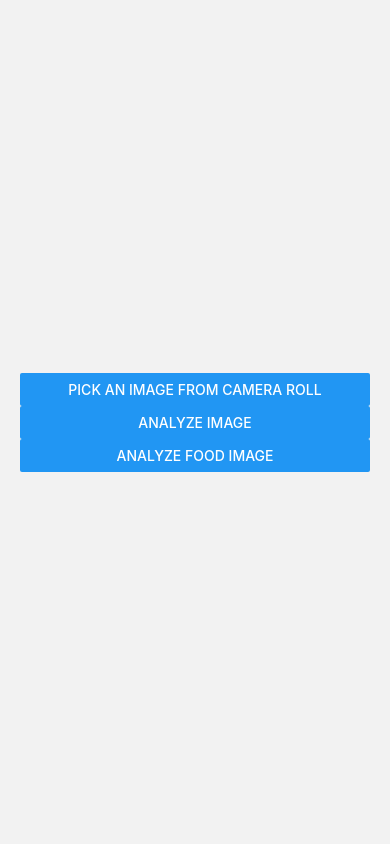
Repository: djdjdallas/taste-without-borders
Screen: /Home
The author's editor kept a copy of each file at every save. The screen is drawn from the files as they stood at one save, then again after the next save.
The app was drawn by React Native's web renderer in a window 390 px wide. The project was rebuilt for these pictures with package versions that can differ from the ones it lists, and the page was loaded fresh each time.

Above is the screen before, as saved 2023-12-26 19:53:22.

### App.js
import React from "react";
import { NavigationContainer } from "@react-navigation/native";
import { createNativeStackNavigator } from "@react-navigation/native-stack";
import HomeScreen from "./HomeScreen"; // Make sure the path is correct
import StartScreen from "./StartScreen";

const Stack = createNativeStackNavigator();

const App = () => {
  return (
    <NavigationContainer>
      <Stack.Navigator>
        <Stack.Screen name="Start" component={StartScreen} />
        <Stack.Screen name="Home" component={HomeScreen} />
        {/* You can add more screens to your navigator here */}
      </Stack.Navigator>
    </NavigationContainer>
  );
};

export default App;

### HomeScreen.js
import React, { useLayoutEffect, useState } from "react";
import { StyleSheet, View, Button, Image, Alert, Text } from "react-native";
import * as ImagePicker from "expo-image-picker";
import { useNavigation } from "@react-navigation/native";

const HomeScreen = () => {
  const navigation = useNavigation();
  const [selectedImage, setSelectedImage] = useState(null);
  const [responseText, setResponseText] = useState("");

  const pickImage = async () => {
    const { status } = await ImagePicker.requestMediaLibraryPermissionsAsync();
    if (status !== "granted") {
      Alert.alert(
        "Permissions required",
        "Sorry, we need camera roll permissions to make this work!"
      );
      return;
    }

    let result = await ImagePicker.launchImageLibraryAsync({
      mediaTypes: ImagePicker.MediaTypeOptions.Images,
      allowsEditing: true,
      aspect: [4, 3],
      quality: 1,
      base64: true,
    });

    if (!result.canceled && result.assets && result.assets[0].base64) {
      setSelectedImage(result.assets[0].base64);
    }
  };

  const handleResponse = (responseText) => {
    const dishes = responseText.split("\n");
    const formattedResponse = dishes.join("\n\n");
    setResponseText(formattedResponse);
  };

  const analyzeImage = async () => {
    if (selectedImage) {
      const apiKey = "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"; // Replace with your actual API key
      const endpoint = "https://api.openai.com/v1/chat/completions"; // Replace with your actual API endpoint

      const payload = {
        model: "gpt-4-vision-preview", // Replace with your model name
        messages: [
          {
            role: "user",
            content: [
              {
                type: "text",
                text: "Analyze this image and translate it into English?",
              },
              {
                type: "image_url",
                image_url: {
                  url: `data:[embedded picture, 41 characters]
                },
              },
            ],
          },
        ],
        max_tokens: 300,
      };

      try {
        const response = await fetch(endpoint, {
          method: "POST",
          headers: {
            "Content-Type": "application/json",
            Authorization: `Bearer ${apiKey}`,
          },
          body: JSON.stringify(payload),
        });

        if (!response.ok) {
          throw new Error(`HTTP error! status: ${response.status}`);
        }

        const data = await response.json();
        if (data.choices && data.choices[0]) {
          handleResponse(data.choices[0].message.content);
        } else {
          setResponseText("Unexpected response structure");
        }
      } catch (error) {
        setResponseText(`Error: ${error.message}`);
      }
    } else {
      setResponseText("No image selected");
    }
  };

  const analyzeFoodImage = async () => {
    if (selectedImage) {
      const apiKey = "YOUR_API_KEY"; // Replace with your actual API key
      const endpoint = "YOUR_API_ENDPOINT"; // Replace with your actual API endpoint

      const payload = {
        model: "YOUR_MODEL_NAME", // Replace with your model name
        messages: [
          {
            role: "user",
            content: [
              {
                type: "text",
                text: "Analyze this food image and describe it with humor.",
              },
              {
                type: "image_url",
                image_url: {
                  url: `data:[embedded picture, 41 characters]
                },
              },
            ],
          },
        ],
        max_tokens: 300,
      };

      try {
        const response = await fetch(endpoint, {
          method: "POST",
          headers: {
            "Content-Type": "application/json",
            Authorization: `Bearer ${apiKey}`,
          },
          body: JSON.stringify(payload),
        });

        if (!response.ok) {
          throw new Error(`HTTP error! status: ${response.status}`);
        }

        const data = await response.json();
        if (data.choices && data.choices[0]) {
          handleResponse(data.choices[0].message.content);
        } else {
          setResponseText("Unexpected response structure");
        }
      } catch (error) {
        setResponseText(`Error: ${error.message}`);
      }
    } else {
      setResponseText("No image selected");
    }
  };
  useLayoutEffect(() => {
    navigation.setOptions({
      headerShown: false,
    });
  }, []);

  return (
    <View style={styles.container} className="bg-[#F2F2F2]">
      <Button title="Pick an image from camera roll" onPress={pickImage} />
      {selectedImage && (
        <Image
          source={{ uri: `data:[embedded picture, 40 characters] }}
          style={styles.image}
        />
      )}
      <Button title="Analyze Image" onPress={analyzeImage} />
      <Button title="Analyze Food Image" onPress={analyzeFoodImage} />
      {responseText ? (
        <Text style={styles.responseText}>{responseText}</Text>
      ) : null}
    </View>
  );
};

const styles = StyleSheet.create({
  container: {
    flex: 1,
    padding: 20,
    justifyContent: "center",
    backgroundColor: "#F2F2F2",
  },
  textContainer: {
    alignItems: "center",
    marginBottom: 20,
  },
  titleText: {
    fontSize: 22,
    fontWeight: "bold",
    textAlign: "center",
  },
  descriptionText: {
    fontSize: 16,
    textAlign: "center",
    marginTop: 10,
  },
  lineStyle: {
    height: 2,
    backgroundColor: "black",
    width: "100%",
    marginTop: 10,
  },
  buttonContainer: {
    flexDirection: "row",
    justifyContent: "space-around",
    alignItems: "center",
  },
  button: {
    width: 164,
    height: 208,
    justifyContent: "center",
    alignItems: "center",
    backgroundColor: "#FFF",
    elevation: 5, // This adds the drop shadow on Android
    shadowColor: "#000", // These 3 lines add the shadow on iOS
    shadowOffset: { width: 0, height: 2 },
    shadowOpacity: 0.25,
    shadowRadius: 3.84,
    marginBottom: 20, // Adjust as needed for space from bottom
  },
  buttonText: {
    fontSize: 18,
    fontWeight: "bold",
    textAlign: "center",
  },
  image: {
    width: 200,
    height: 200,
    margin: 10,
  },
  responseText: {
    marginTop: 20,
    padding: 10,
    borderWidth: 1,
    borderColor: "#ddd",
    borderRadius: 5,
  },
});

export default HomeScreen;

### StartScreen.js
import {
  View,
  Text,
  Image,
  TouchableOpacity,
  ImageBackground,
  StyleSheet,
} from "react-native";
import React, { useLayoutEffect } from "react";
import { useNavigation } from "@react-navigation/native";

const image = { uri: "https://i.ibb.co/RQYb1f7/i-Phone-11-Pro-Max-1.png" };
const hero = { uri: "https://i.ibb.co/zQtzrR4/hero-2.png" };

const StartScreen = () => {
  const navigation = useNavigation();

  useLayoutEffect(() => {
    navigation.setOptions({
      headerShown: false,
    });
  }, []);
  return (
    <View style={styles.container}>
      <ImageBackground source={hero} resizeMode="cover" style={styles.image}>
        <TouchableOpacity
          style={styles.button}
          onPress={() => {
            navigation.navigate("Home");
            /* Handle the press event */
          }}
        >
          <Text style={styles.text}>Get Started</Text>
        </TouchableOpacity>
      </ImageBackground>
    </View>
  );
};

const styles = StyleSheet.create({
  container: {
    flex: 1,
  },
  image: {
    flex: 1,
    justifyContent: "flex-end", // Aligns children to the bottom
    alignItems: "center", // Centers children horizontally
  },
  text: {
    color: "#FA4A0C", // Given text color
    fontSize: 16, // Adjusted for typical button text
    fontWeight: "bold",
  },
  button: {
    width: 314, // Width as per your requirement
    height: 70, // Height as per your requirement
    justifyContent: "center", // Center the text vertically
    alignItems: "center", // Center the text horizontally
    backgroundColor: "white", // Button background color
    marginBottom: 80, // Distance from the bottom
    borderRadius: 50, // Distance from the bottom
  },
});

export default StartScreen;

After the next save:
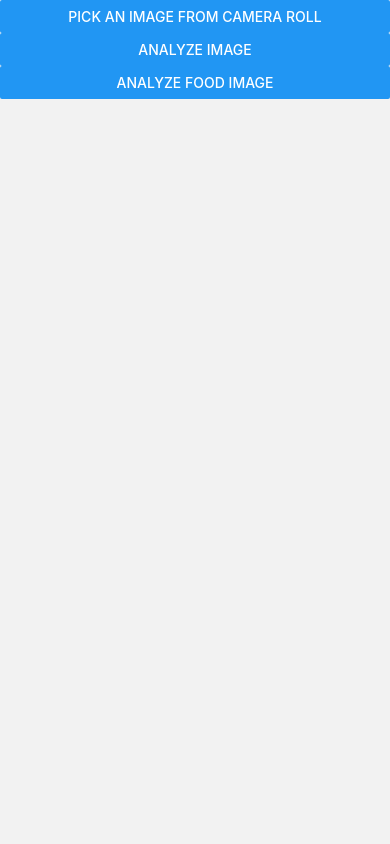
Saved 16 s later.
--- a/HomeScreen.js
+++ b/HomeScreen.js
@@ -153,7 +153,7 @@ const HomeScreen = () => {
   }, []);
 
   return (
-    <View style={styles.container} className="bg-[#F2F2F2]">
+    <View className="bg-[#F2F2F2]">
       <Button title="Pick an image from camera roll" onPress={pickImage} />
       {selectedImage && (
         <Image
